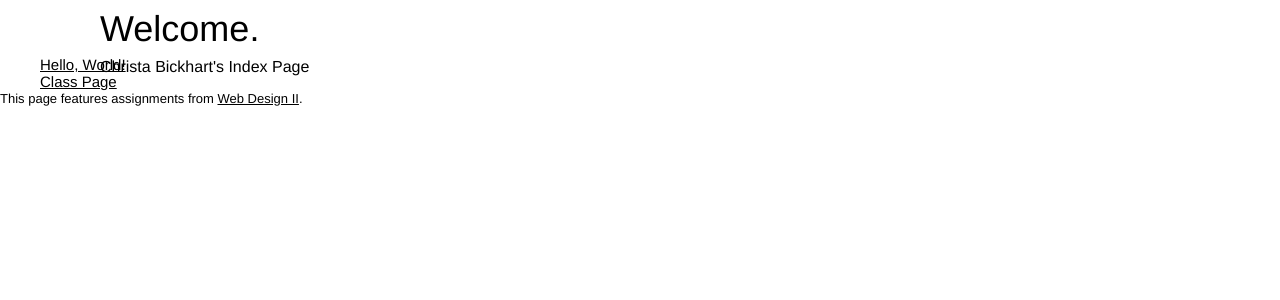
Repository: cbickhar/cbickhar.github.io
Page: index.html
The author's editor kept a record of every edit. The page is drawn from the files as they stood at one moment, then again after the next edit.
The browser window is 1280 px wide. The pictures show the whole page.

Above is the page before.

### index.html
<html>
    <head>
        <title>Christa Bickhart - Index Page</title>
        <link href="styles.css" rel="stylesheet" type="text/css">
    </head>
        <div class= "header">Welcome.</div>
        <div class="subhead">Christa Bickhart's Index Page</div>
        <br>
    <body>
        This page features assignments from <a href="http://www.web2.ga">Web Design II</a>.
    </body>
    <div class = "sidebar">
        <div class = "sidebarhead">Projects</div>
        <ol>
            <li> <a href="project_1/project_1.html">Hello, World!</a></li>
            <li> <a href="project_2/index.html">Class Page</a></li>
        </ol>
        </div>
</html>

### styles.css
body {
    background-color: #fff;
    font-size: 13px;
    font-family: avenir, helvetica, sans-serif;
    color: black;
    text-align: left;
    width: 400px;
    margin-left: 0px;
}

a {
    color: black;
    text-decoration: underline;
}

h5 {
    font-family: avenir, helvetica, sans-serif;
    font-size: 18px;
    font-style: normal;
}

a:hover {
    color: white;
}

.header {
    font-family: avenir, helvetica, sans-serif;
    height: 40px;
    width: 400px;
    font-size: 36px;
    margin-left: 100px;
    margin-bottom: 10px;
}

.subhead {
    font-family: avenir, helvetica, sans-serif;
    font-size: 16px;
    margin-left: 100px;
    width: 400px;
}

.sidebar {
    font-family: avenir, helvetica, sans-serif;
	font-size: 15px;
	position: fixed;
	background-color: #;
	color: white;
	width: 170px;
	height: 100%;
	top: 0px;
	left: 0px;
	margin-left: 0;
	text-align: left;
	margin: 0 auto;
}

.sidebarhead {
    font-size: 18px;
    margin-top: 20px;
    margin-left: 10px;
}

ol {
    list-style-type: none;
    text-align: left;
    width: 100;
}

After the next edit:
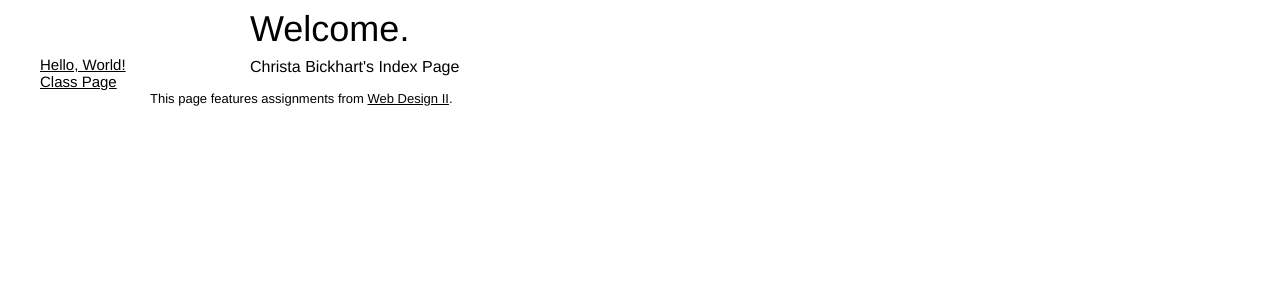
The edit:
--- a/styles.css
+++ b/styles.css
@@ -5,7 +5,7 @@
     color: black;
     text-align: left;
     width: 400px;
-    margin-left: 0px;
+    margin-left: 150px;
 }
 
 a {
